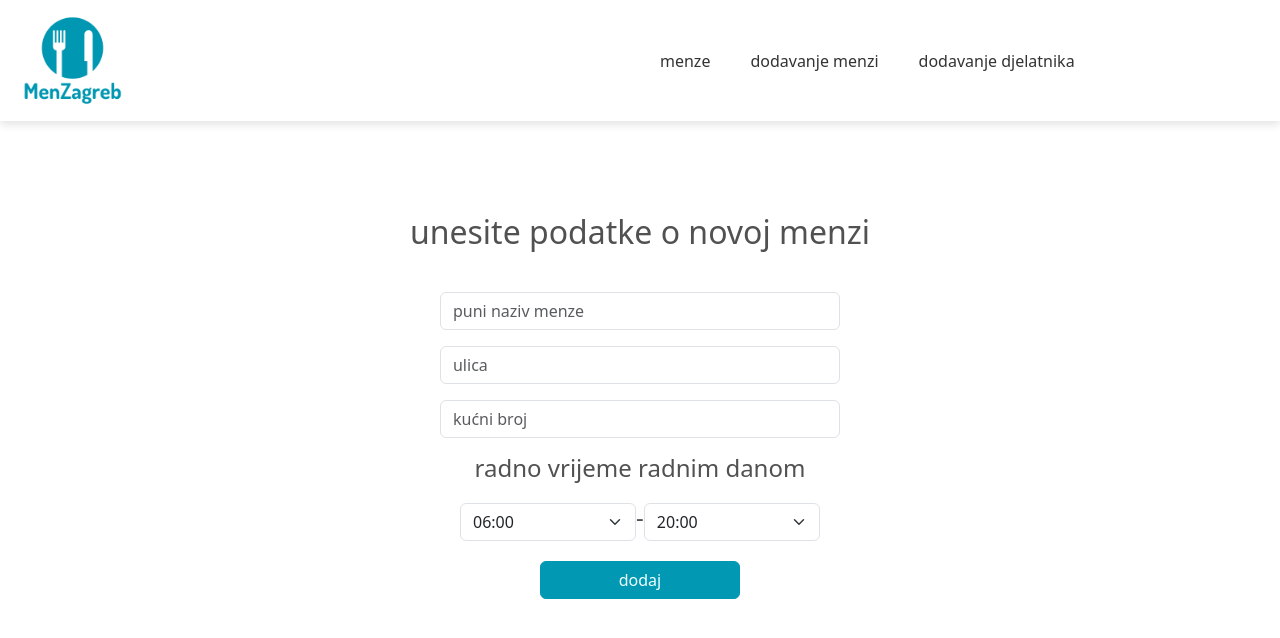
Repository: MENZG/menZg
Page: /admin/dodajMenzu (app in IzvorniKod/)
These files come from the project's save history. The page is drawn as it stood at one moment and after the next save; the edit follows.
The browser window is 1280 px wide. The pictures show the whole page.
The project was rebuilt for these pictures with package versions that can differ from the ones it lists, and the page was loaded fresh each time. Also part of the build but not shown: IzvorniKod/vite.config.ts, IzvorniKod/src/Components/LoginForm.tsx, IzvorniKod/src/Components/AdminLogin.tsx, IzvorniKod/src/Components/EmployeeLogin.tsx, IzvorniKod/src/Components/NavBar.tsx, IzvorniKod/src/Components/ListaMenza.tsx, IzvorniKod/src/Components/Profil.tsx, IzvorniKod/src/Components/AddEmployee.tsx and 5 more.

Above is the page before, as saved 2024-11-07 13:37:57.

After the next save:
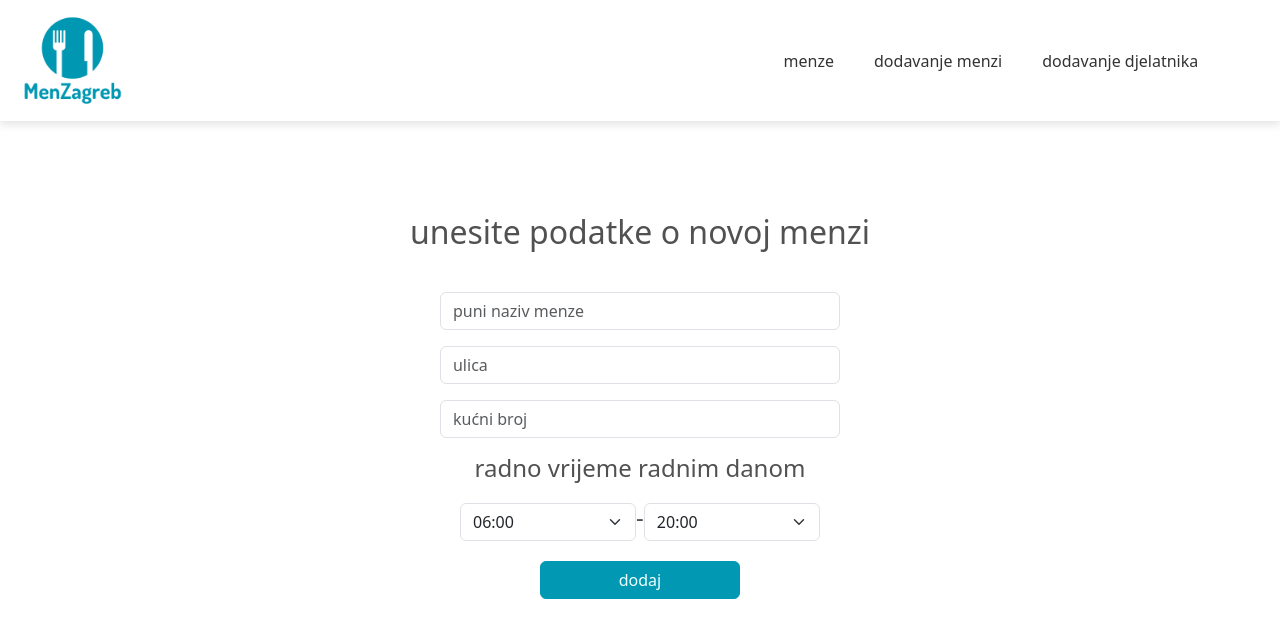
Saved 56 s later.
--- a/IzvorniKod/src/styles/NavBar.css
+++ b/IzvorniKod/src/styles/NavBar.css
@@ -24,7 +24,7 @@
     justify-content: center;
     flex-direction: row;
     gap: 20px; /* Razmak između dugmadi */
-    width: 50%; /* Proširi na celu širinu navigacije */
+    width: 40%; /* Proširi na celu širinu navigacije */
     align-items: center; /* Vertikalno centriraj dugmad */
 }
 .navbar-bg {
